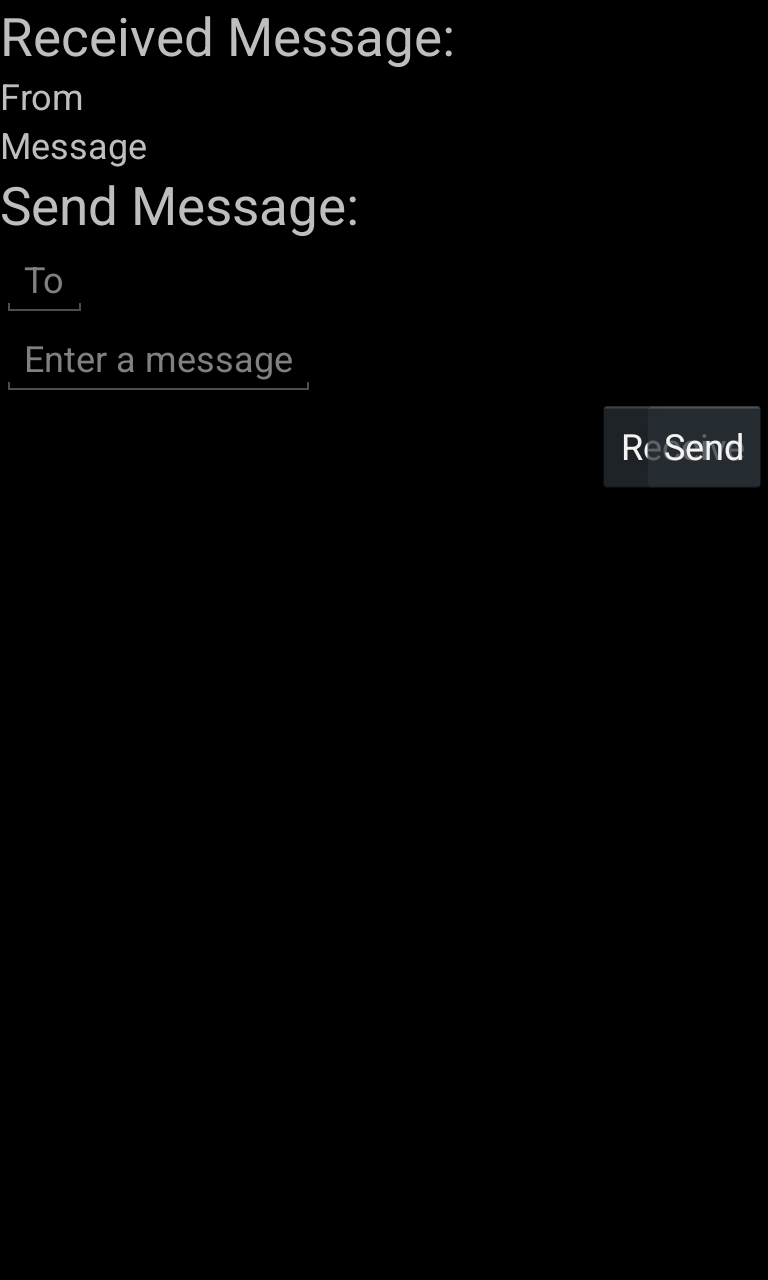
Repository: tomcynicholls/ThirdYearProject
Layout: JavaCode/App/res/layout/main.xml
An editor plug-in stored every save of this project. The layout is shown before and after the next save, followed by the edit.
It is drawn on a 768 x 1280 px phone screen (xhdpi) without system bars, with theme android:Theme.Holo; the app's code is not run.

Above is the layout before, as saved 2013-01-28 22:12:08.

After the next save:
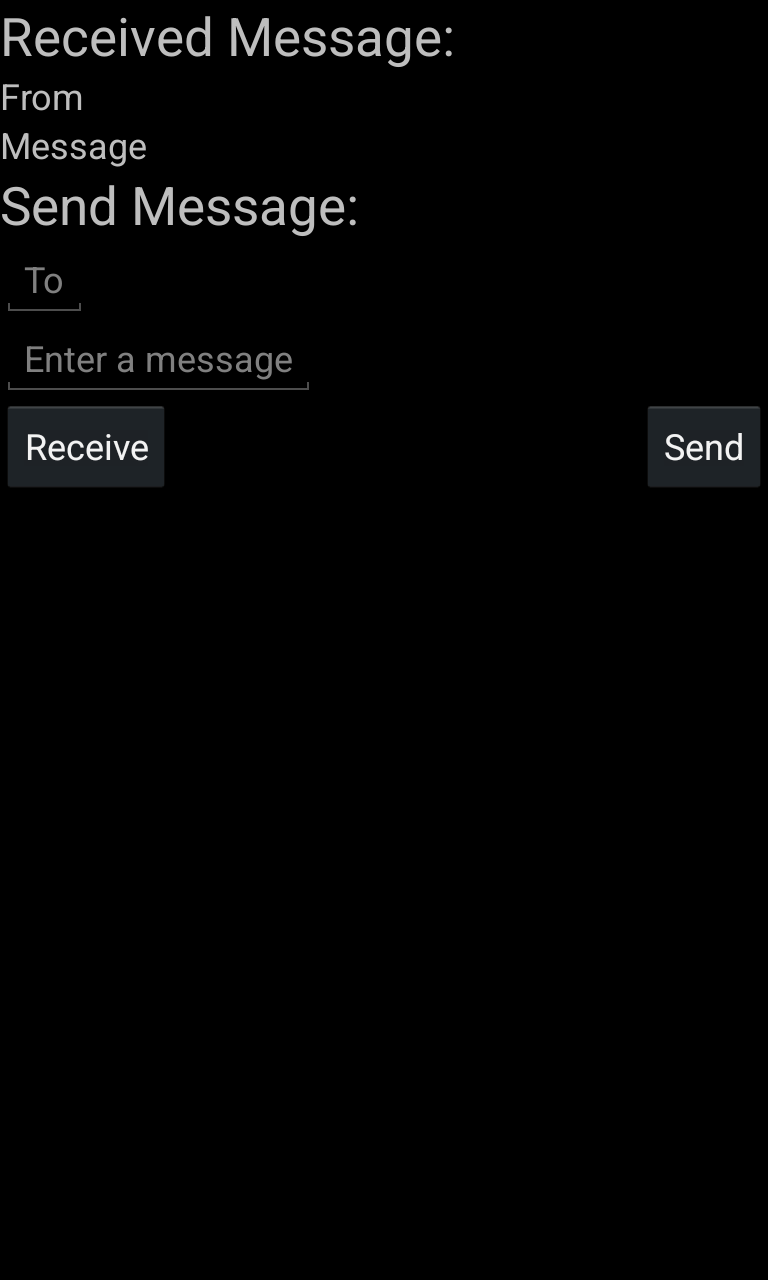
Saved 28 s later.
--- a/JavaCode/App/res/layout/main.xml
+++ b/JavaCode/App/res/layout/main.xml
@@ -54,7 +54,7 @@
         android:layout_height="wrap_content"
         android:text="@string/button_receive"
         android:onClick="receiveMessage"
-        android:layout_alignParentRight="true" />
+        android:layout_alignParentLeft="true" />
 
     <Button
         android:layout_width="wrap_content"
